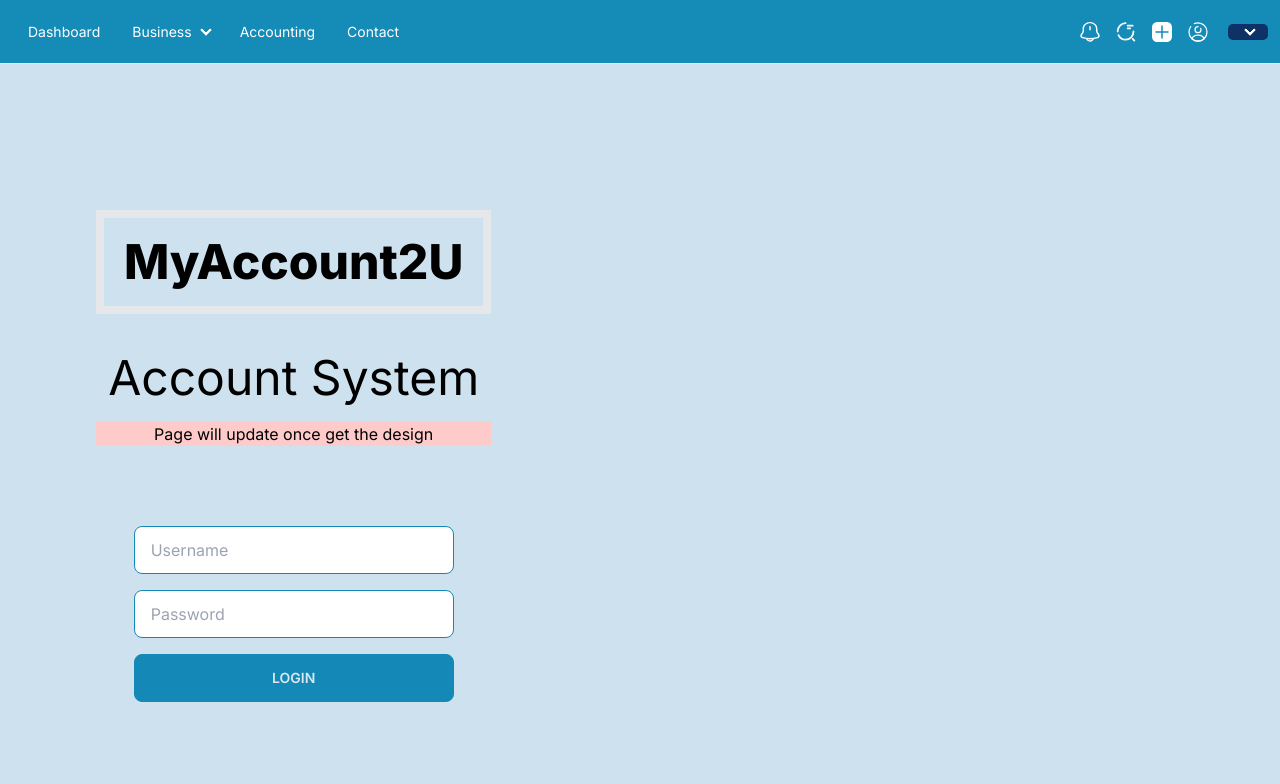
Repository: khairul35/homa-FE
Page: /login
These files come from the project's save history. The page is drawn as it stood at one moment and after the next save; the edit follows.
The browser window is 1280 px wide. The pictures show the whole page.
The project was rebuilt for these pictures with package versions that can differ from the ones it lists, and the page was loaded fresh each time. The framework's server and built-in components were replaced by stand-ins that run in the browser. Also part of the build but not shown: next.config.js.

Above is the page before, as saved 2023-12-26 22:07:45.

After the next save:
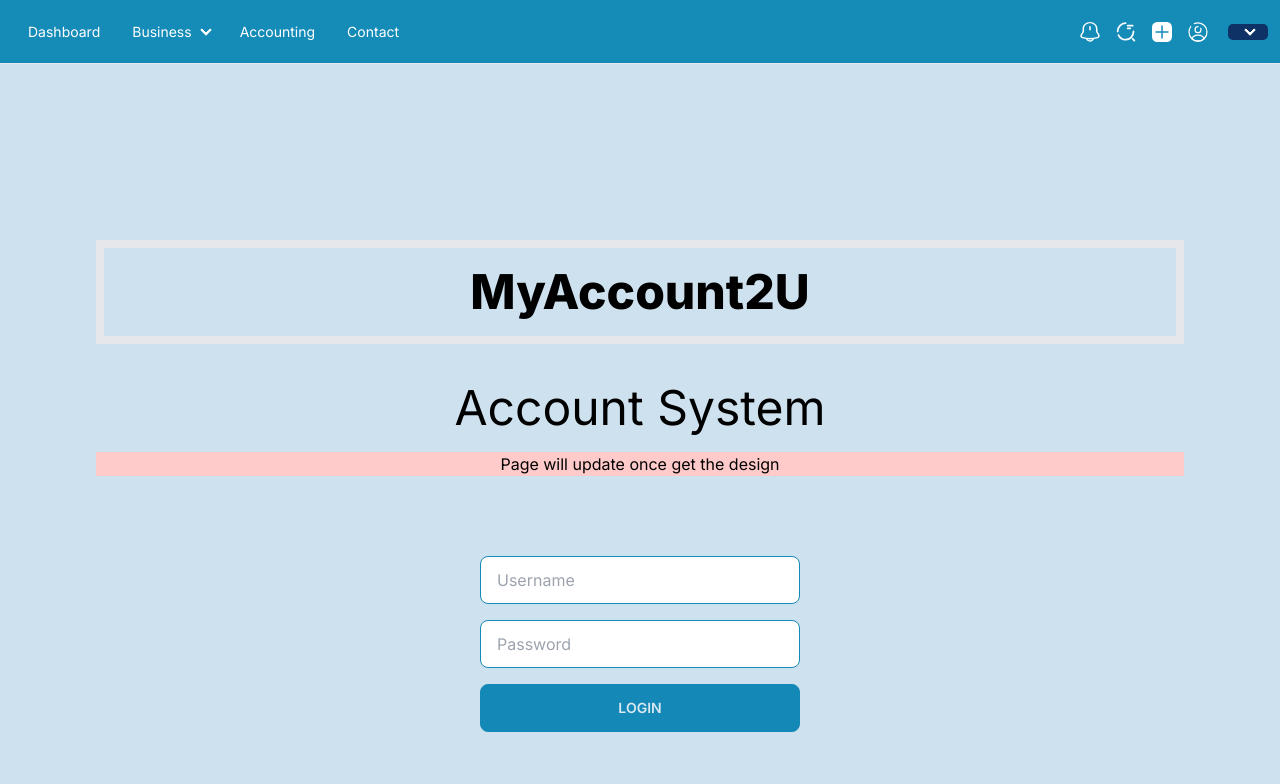
Saved 5 s later.
--- a/app/login/page.tsx
+++ b/app/login/page.tsx
@@ -54,7 +54,7 @@ const Login = () => {
     }
 
     return (
-        <main className="flex min-h-screen items-center justify-between p-24 bg-bg-color">
+        <main className="min-h-screen items-center justify-between p-24 bg-bg-color">
             <div>
                 <div>
                 <h1 className="text-5xl font-extrabold border-8 p-5 text-center items-center mb-10 mt-20">MyAccount2U</h1>
